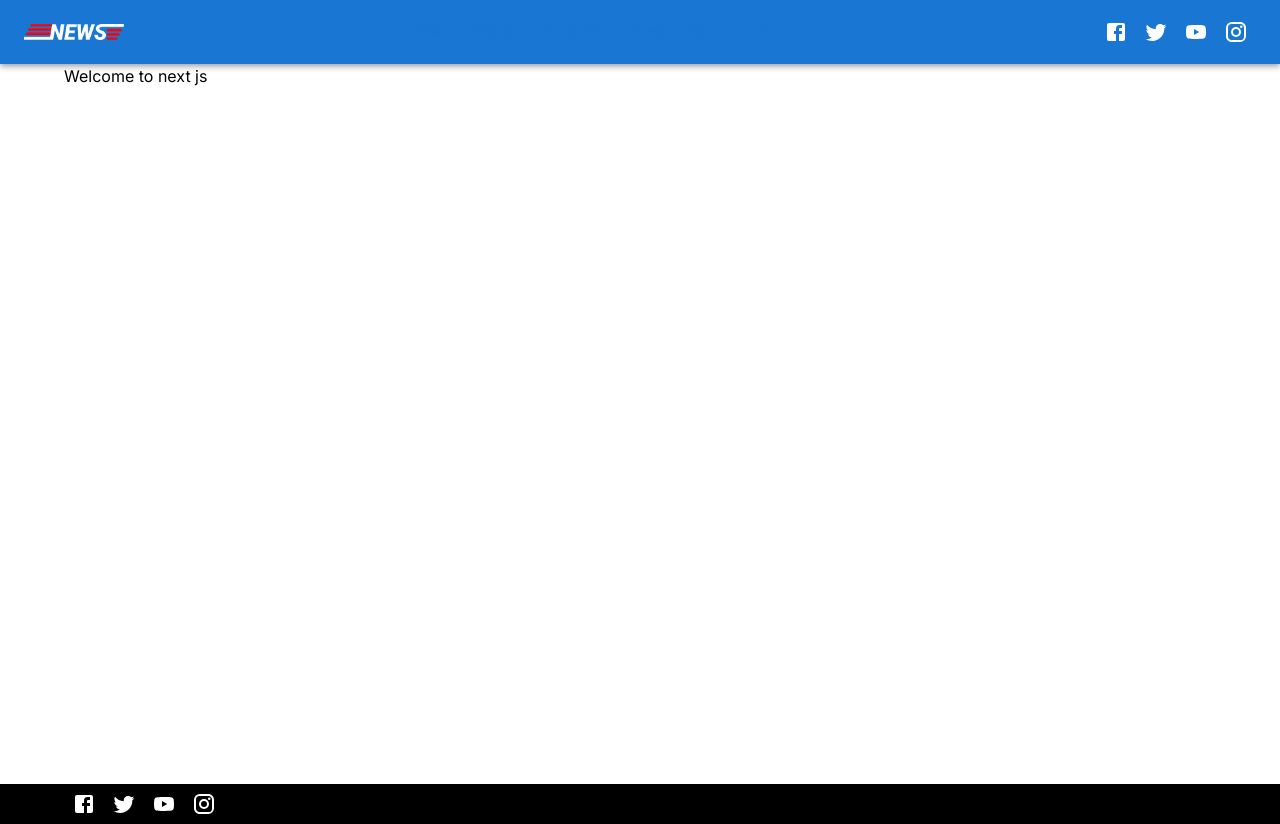
Repository: Wahid137/daily-news-nextjs
Page: /
The author's editor kept a copy of each file at every save. The page is drawn from the files as they stood at one save, then again after a run of saves.
The browser window is 1280 px wide. The pictures show the whole page.
The project was rebuilt for these pictures with package versions that can differ from the ones it lists, and the page was loaded fresh each time. The framework's server and built-in components were replaced by stand-ins that run in the browser. Also part of the build but not shown: next.config.mjs.

Above is the page before, as saved 2024-02-22 15:08:09.

After the next 2 saves:
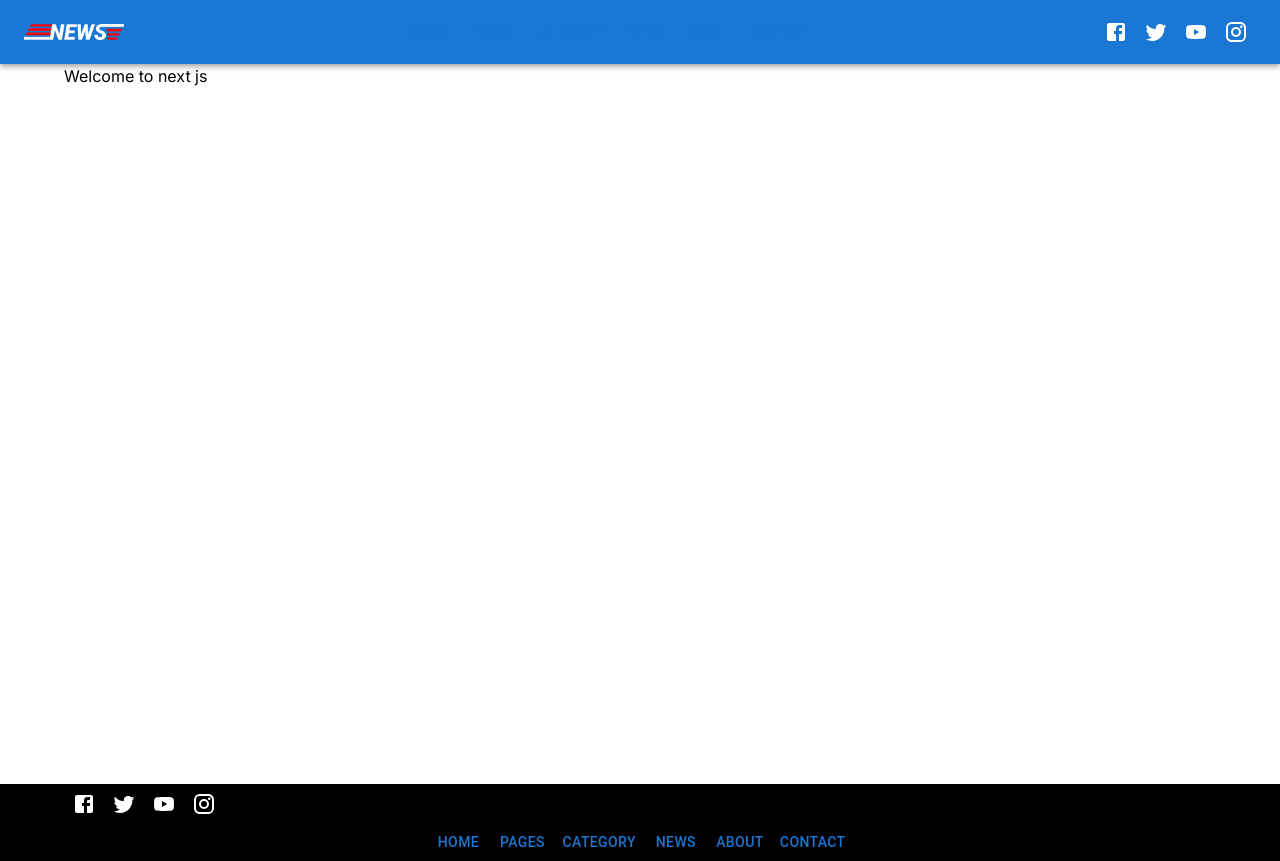
The 2 saves are shown as one change because 1 did not build or start.
The last was saved 19 s later.
--- a/src/components/shared/Footer.js
+++ b/src/components/shared/Footer.js
@@ -1,7 +1,8 @@
 "use client"
 
 import { Facebook, Instagram, Twitter, YouTube } from "@mui/icons-material";
-import { Box, Container, IconButton } from "@mui/material";
+import { Box, Button, Container, IconButton } from "@mui/material";
+import Link from "next/link";
 
 
 const Footer = () => {
@@ -54,6 +55,13 @@ const Footer = () => {
                     </IconButton>
 
                 </Box>
+                <Box className="w-full text-center">
+                    {navItems.map((item) => (
+                        <Link key={item} href={item.pathname}>
+                            <Button className="text-white">{item.route}</Button>
+                        </Link>
+                    ))}
+                </Box>
 
             </Container>
         </Box>
